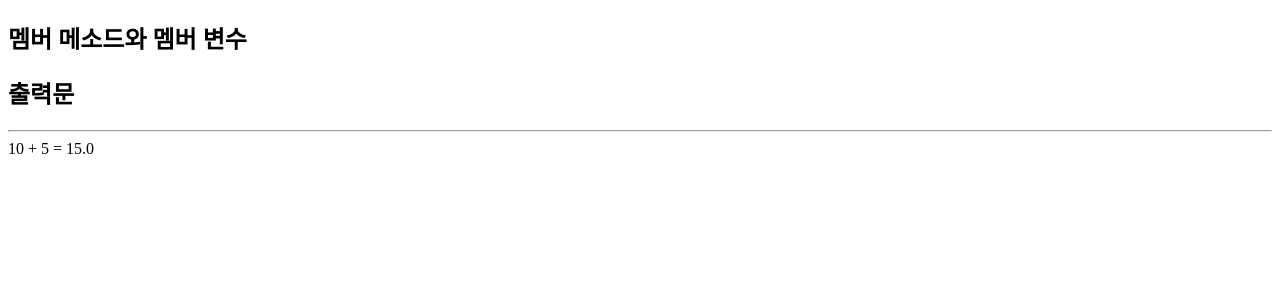
Repository: kkw3202/Jsp2026
Page: http://localhost/chapter01/test04.jsp
An editor plug-in stored every save of this project. The page is shown before and after the next save, followed by the edit.
The browser window is 1280 px wide. The pictures show the whole page.
The page is served by Tomcat 9.

Above is the page before, as saved 2026-10-16 03:03:04.

After the next save:
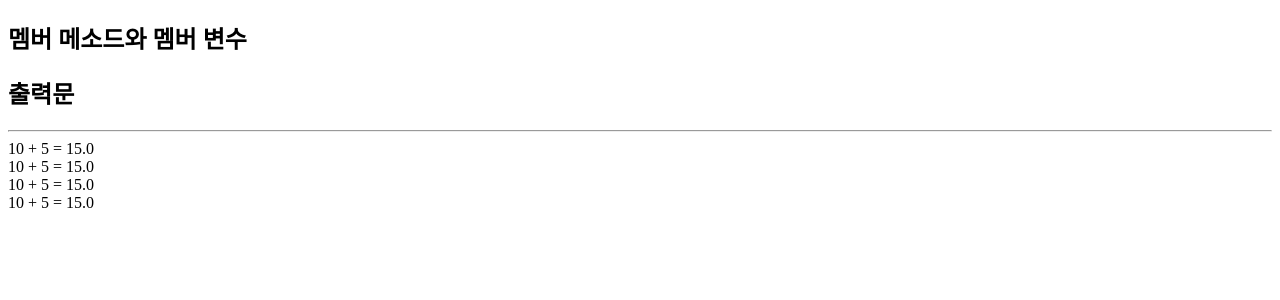
Saved 41 s later.
--- a/chapter01/src/main/webapp/test04.jsp
+++ b/chapter01/src/main/webapp/test04.jsp
@@ -38,5 +38,11 @@
 	<h2>출력문</h2>
 	<hr/>
 	10 + 5 = <%= cal(10, 5, "+")%>
+	<br/>
+	10 + 5 = <%= cal(10, 5, "+")%>
+	<br/>
+	10 + 5 = <%= cal(10, 5, "+")%>
+	<br>
+	10 + 5 = <%= cal(10, 5, "+")%>
 </body>
 </html>
